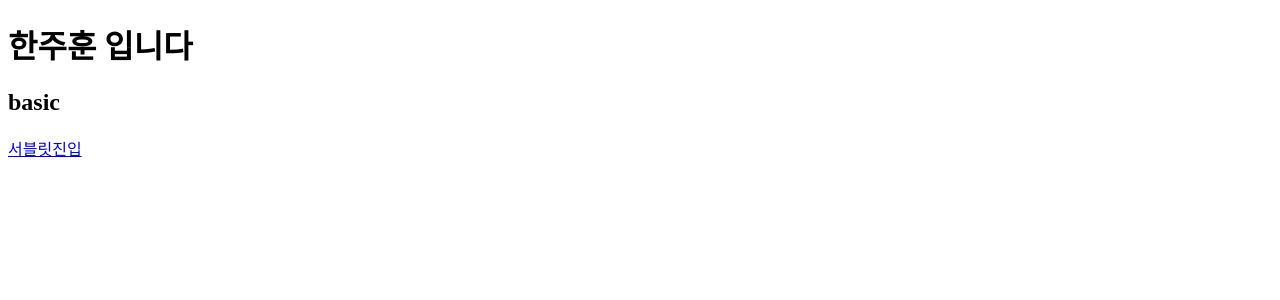
Repository: hjh5217/newJSP
Page: http://localhost/jspProj/
The author's editor kept a copy of each file at every save. The page is drawn from the files as they stood at one save, then again after the next save.
The browser window is 1280 px wide. The pictures show the whole page.
The page is served by Tomcat 9. Nobody is signed in. The application's start-up code is not run.

Above is the page before, as saved 2023-07-25 06:54:05.

After the next save:
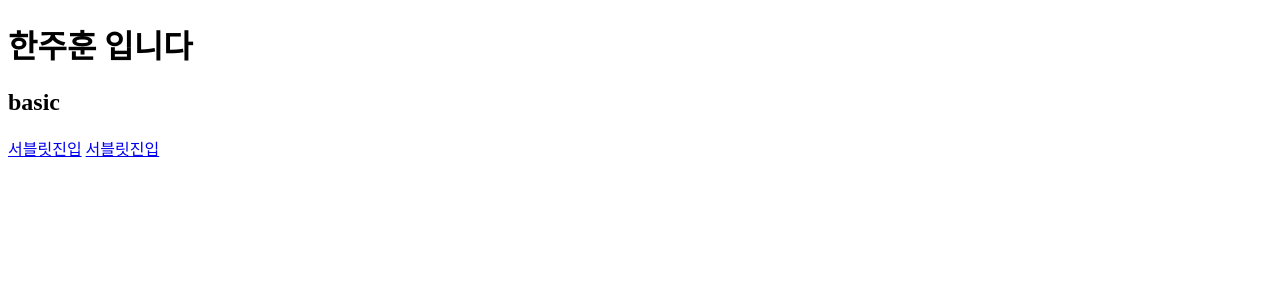
Saved 40 s later.
--- a/jspProj/src/main/webapp/index.jsp
+++ b/jspProj/src/main/webapp/index.jsp
@@ -10,5 +10,6 @@
 	<h1>한주훈 입니다</h1>
 	<h2>basic</h2>
 	<a href="basic/First">서블릿진입</a>
+	<a href="basic/03_third.jsp">서블릿진입</a>
 </body>
 </html>
